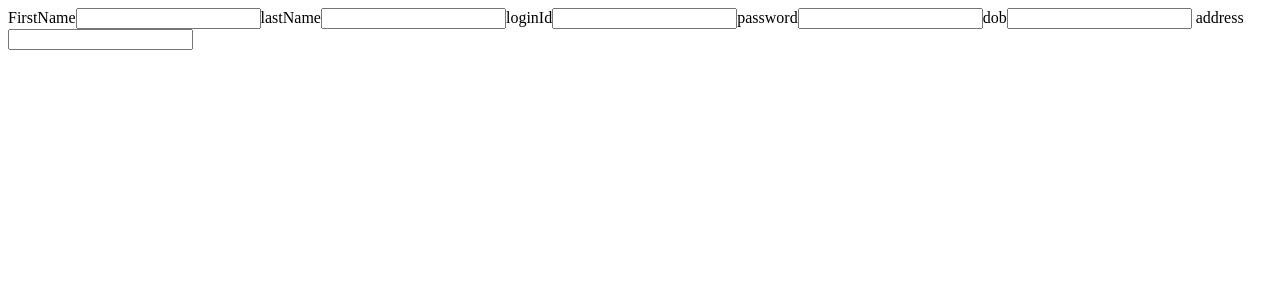
Repository: vikash9562/AdvanceJava
Page: http://localhost/DynamicProject/FirstServlet
An editor plug-in stored every save of this project. The page is shown before and after the next save, followed by the edit.
The browser window is 1280 px wide. The pictures show the whole page.
The page is served by Tomcat 9. Other server files are loaded and not shown.

Above is the page before, as saved 2023-08-16 08:56:15.

### advance java/DynamicProject/src/in/co/rays/ctl/FirstServlet.java
package in.co.rays.ctl;

import java.io.IOException;
import java.io.PrintWriter;
import java.text.ParseException;
import java.text.SimpleDateFormat;

import javax.servlet.ServletException;
import javax.servlet.annotation.WebServlet;
import javax.servlet.http.HttpServlet;
import javax.servlet.http.HttpServletRequest;
import javax.servlet.http.HttpServletResponse;

import in.co.rays.bean.UserBean;
import in.co.rays.model.UserModel;

@WebServlet("/FirstServlet")

public class FirstServlet extends HttpServlet {

	@Override
	protected void doGet(HttpServletRequest req, HttpServletResponse resp) throws ServletException, IOException {

		resp.setContentType("text/html");

		PrintWriter out = resp.getWriter();

		//out.println("<h1>Dynamic web project.......!!!!</h1>");
		out.print("<td>FirstName</td>");
		out.print("<td><input type='text' name='firstName'></td>");

		out.print("<td>lastName</td>");
		out.print("<td><input type='text' name='lastName'></td>");

		out.print("<td>loginId</td>");
		out.print("<td><input type='text' name='loginId'></td>");

		out.print("<td>password</td>");
		out.print("<td><input type='text' name='password'></td>");

		out.print("<td>dob</td>");
		out.println("<td><input type='text' name='dob'></td>");

		out.print("<td>address</td>");
		out.print("<td><input type='text' name='address'></td>");

		out.close();



	}

	@Override
	protected void doPost(HttpServletRequest req, HttpServletResponse resp) throws ServletException, IOException {

		String firstName = req.getParameter("firstName");
		String lastName = req.getParameter("lastName");
		String loginId = req.getParameter("loginId");
		String password = req.getParameter("password");
		String dob = req.getParameter("dob");
		String address = req.getParameter("address");

		SimpleDateFormat sdf = new SimpleDateFormat("yyyy-MM-dd");

		UserBean bean = new UserBean();
		bean.setFist_name(firstName);
		bean.setLast_name(lastName);
		bean.setLogin_id(loginId);
		bean.setPassword(password);
		try {
			bean.setDob(sdf.parse(dob));
		} catch (ParseException e) {
			// TODO Auto-generated catch block
			e.printStackTrace();
		}
		bean.setAddress(address);

		UserModel model = new UserModel();
		try {
			model.add(bean);
		} catch (Exception e) {
			// TODO Auto-generated catch block
			e.printStackTrace();
		}

		}

}

After the next save:
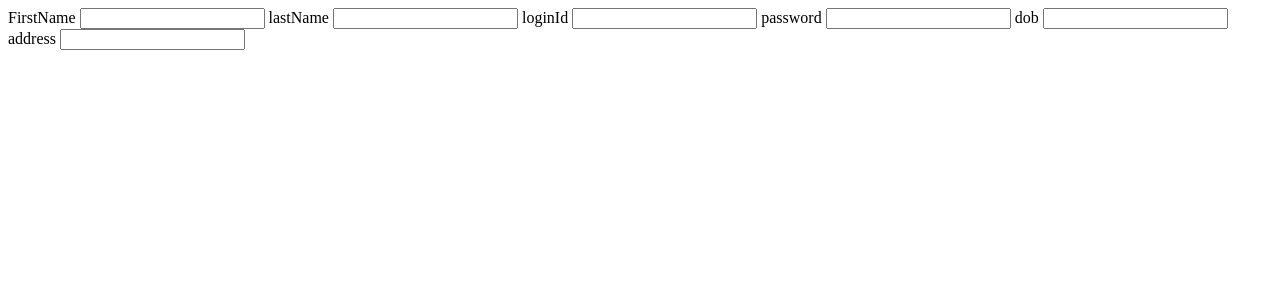
Saved 110 s later.
--- a/advance java/DynamicProject/src/in/co/rays/ctl/FirstServlet.java
+++ b/advance java/DynamicProject/src/in/co/rays/ctl/FirstServlet.java
@@ -26,23 +26,23 @@ public class FirstServlet extends HttpServlet {
 		PrintWriter out = resp.getWriter();
 
 		//out.println("<h1>Dynamic web project.......!!!!</h1>");
-		out.print("<td>FirstName</td>");
-		out.print("<td><input type='text' name='firstName'></td>");
+		out.println("<td>FirstName</td>");
+		out.println("<td><input type='text' name='firstName'></td>");
 
-		out.print("<td>lastName</td>");
-		out.print("<td><input type='text' name='lastName'></td>");
+		out.println("<td>lastName</td>");
+		out.println("<td><input type='text' name='lastName'></td>");
 
-		out.print("<td>loginId</td>");
-		out.print("<td><input type='text' name='loginId'></td>");
+		out.println("<td>loginId</td>");
+		out.println("<td><input type='text' name='loginId'></td>");
 
-		out.print("<td>password</td>");
-		out.print("<td><input type='text' name='password'></td>");
+		out.println("<td>password</td>");
+		out.println("<td><input type='text' name='password'></td>");
 
-		out.print("<td>dob</td>");
+		out.println("<td>dob</td>");
 		out.println("<td><input type='text' name='dob'></td>");
 
-		out.print("<td>address</td>");
-		out.print("<td><input type='text' name='address'></td>");
+		out.println("<td>address</td>");
+		out.println("<td><input type='text' name='address'></td>");
 
 		out.close();
 
